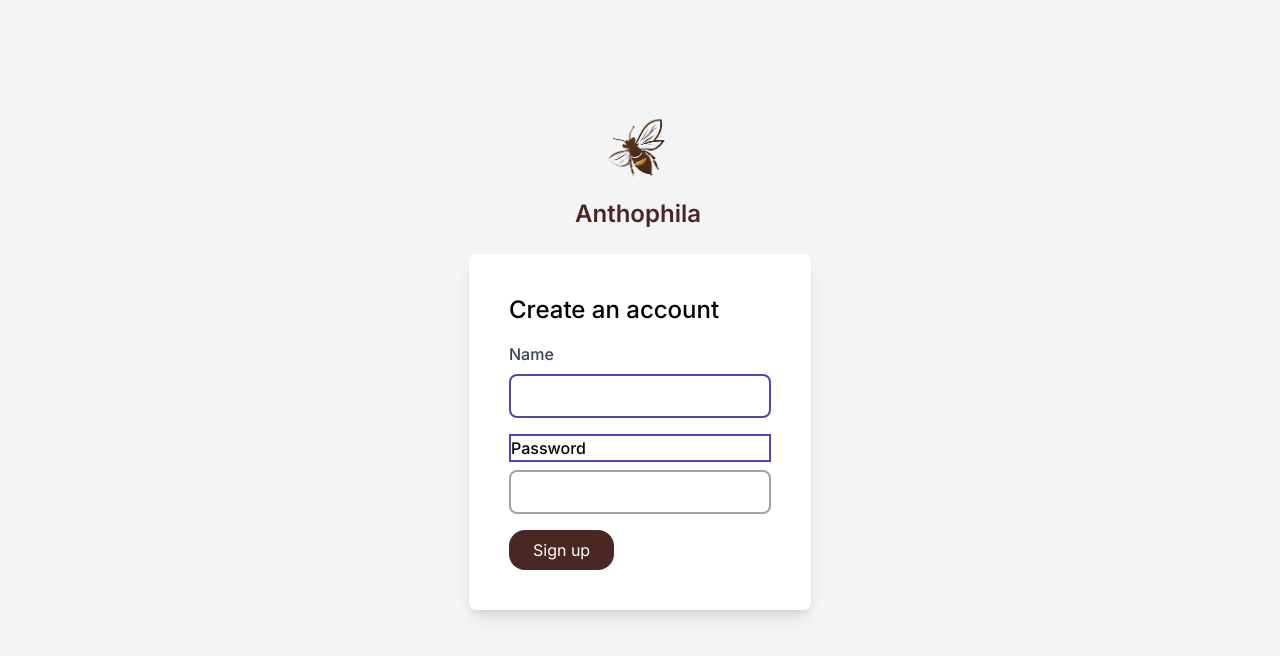
Repository: marcusdashe/anthophila
Page: /signup
An editor plug-in stored every save of this project. The page is shown before and after the next save, followed by the edit.
The browser window is 1280 px wide. The pictures show the whole page.
The project was rebuilt for these pictures with package versions that can differ from the ones it lists, and the page was loaded fresh each time. The framework's server and built-in components were replaced by stand-ins that run in the browser. Also part of the build but not shown: next.config.js.

Above is the page before, as saved 2023-03-01 22:38:44.

After the next save:
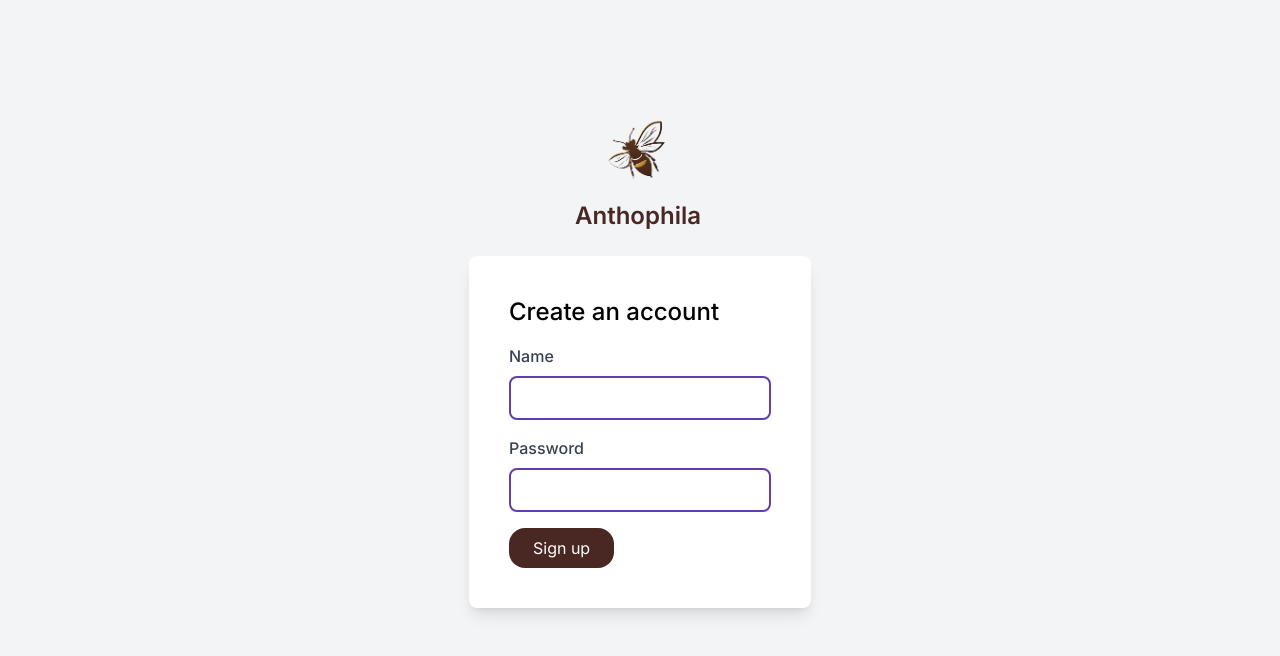
Saved 22 s later.
--- a/pages/signup.js
+++ b/pages/signup.js
@@ -32,8 +32,8 @@ const Signup = () => {
           <input type="text" id="name" name="name" className="border-[#5F3EB2] border-2 rounded-lg py-2 px-3 w-full" />
         </div>
         <div className="mb-4">
-          <label htmlFor="password" className="block border-[#5F3EB2] border-2 font-medium mb-2">Password</label>
-          <input type="password" id="password" name="password" className="border-gray-400 border-2 rounded-lg py-2 px-3 w-full" />
+          <label htmlFor="password" className="block text-gray-700 font-medium mb-2">Password</label>
+          <input type="password" id="password" name="password" className="border-[#5F3EB2] border-2 border-2 rounded-lg py-2 px-3 w-full" />
         </div>
         <Button isPrimary={true}>Sign up</Button>
       </form>
